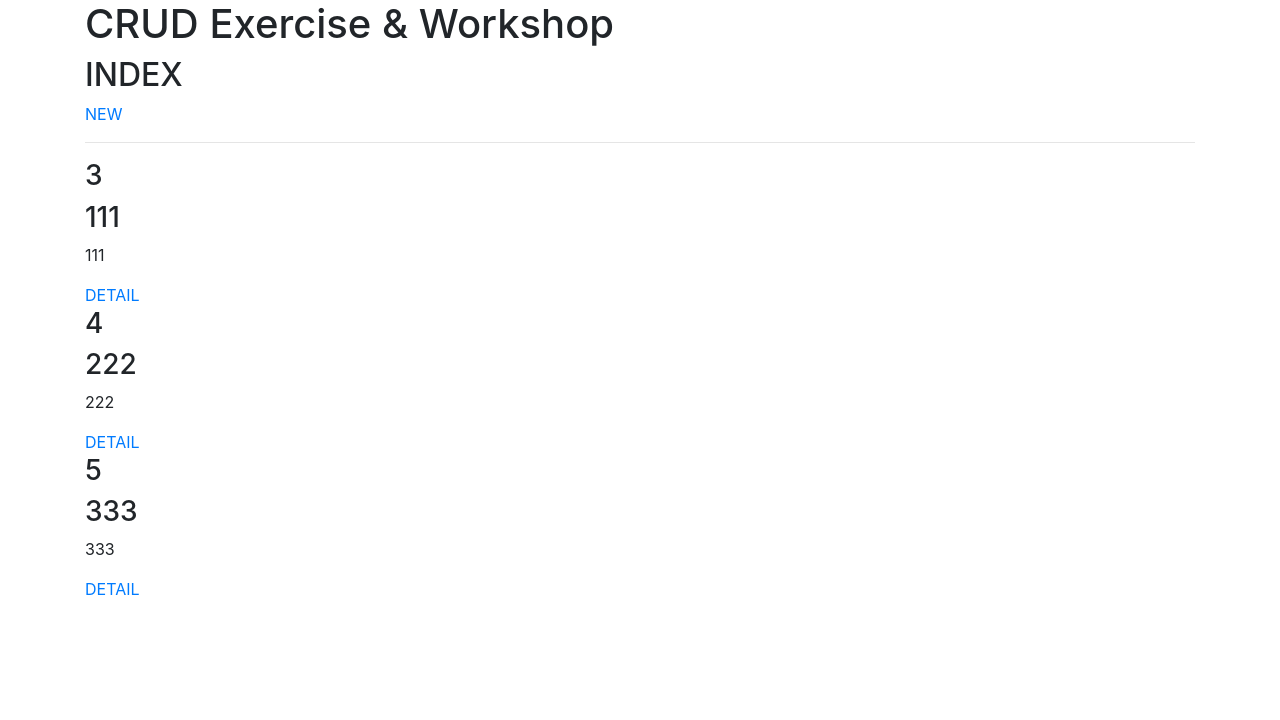
Repository: ansigyeong/lectures-Django
Page: http://localhost/articles/
The author's editor kept a record of every edit. The page is drawn from the files as they stood at one moment, then again after the next edit.
The browser window is 1280 px wide. The pictures show the whole page.
The page is served by the project's application, run on Django 2.2 (practice/0406/exercise/crud/manage.py). The page reads the database file committed with the project.

Above is the page before.

After the next edit:
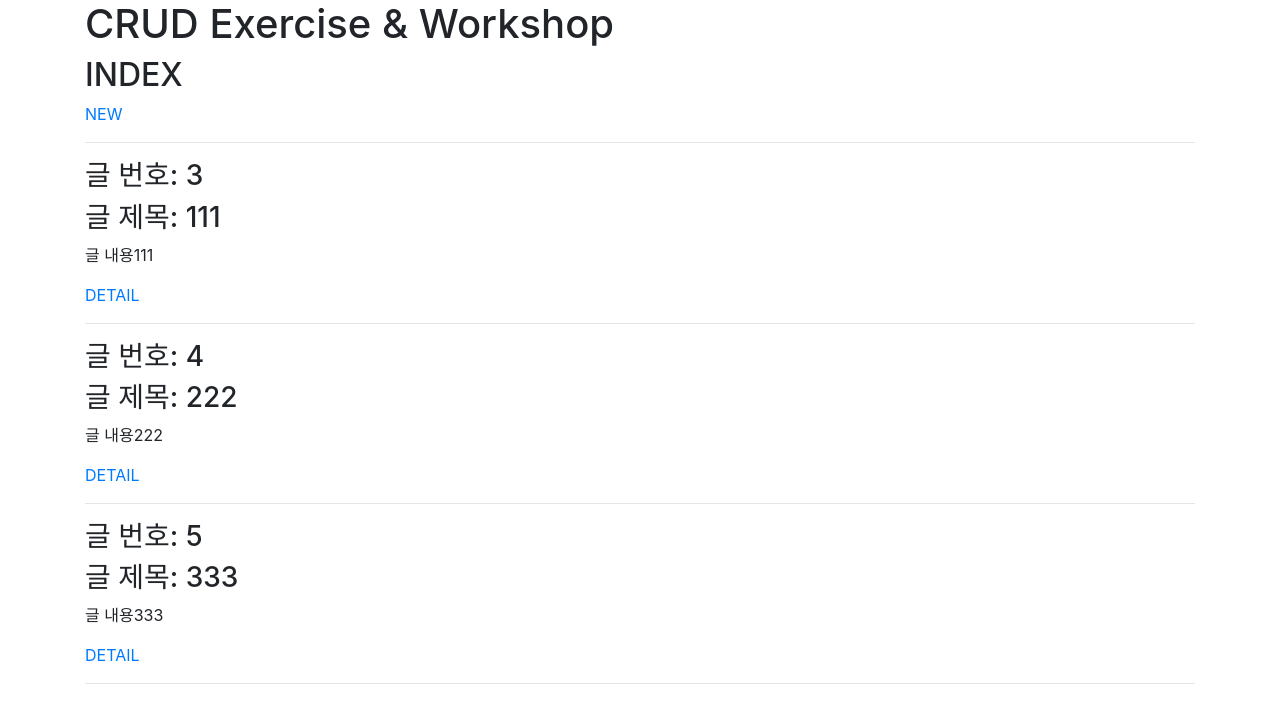
The edit:
--- a/practice/0406/exercise/crud/articles/templates/articles/index.html
+++ b/practice/0406/exercise/crud/articles/templates/articles/index.html
@@ -5,9 +5,10 @@
     <a href="{% url 'articles:new' %}">NEW</a>
     <hr>
     {% for article in articles %}
-        <h3>{{ article.pk }}</h3>
-        <h3>{{ article.title }}</h3>
-        <p>{{ article.content }}</p>
+        <h3>글 번호: {{ article.pk }}</h3>
+        <h3>글 제목: {{ article.title }}</h3>
+        <p>글 내용{{ article.content }}</p>
         <a href="{% url 'articles:detail' article.pk %}">DETAIL</a>
+        <hr>
     {% endfor %}
 {% endblock %}
